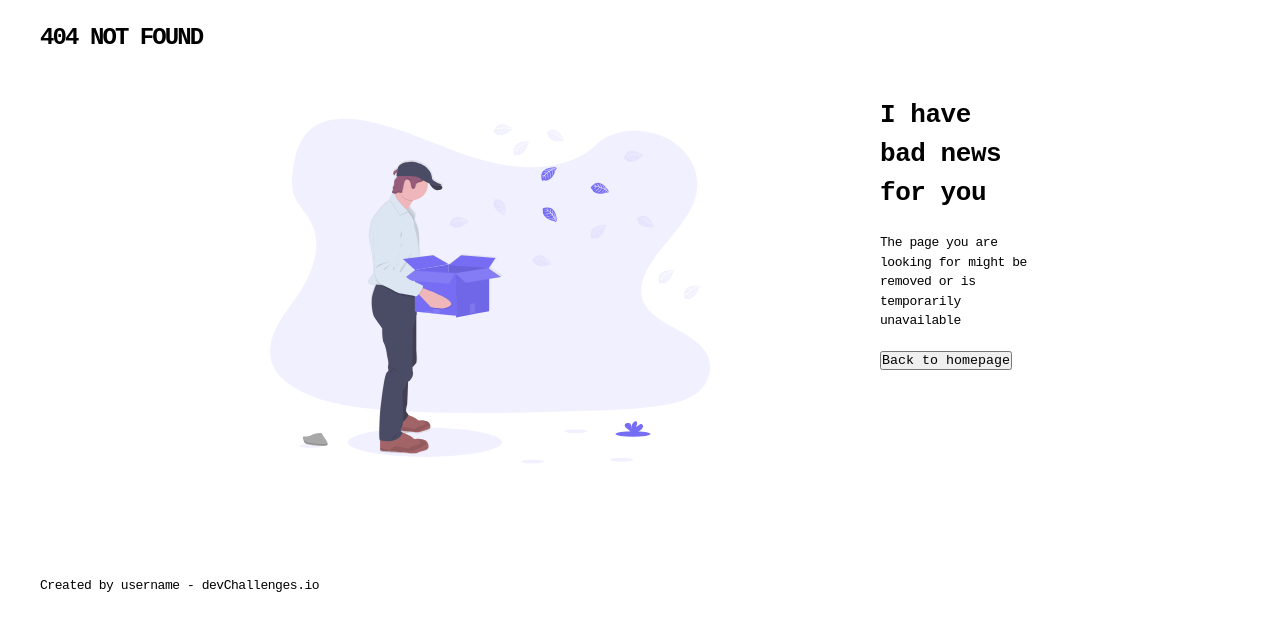
Repository: georgisenze/404-not-found-challeng
Page: index.html
An editor plug-in stored every save of this project. The page is shown before and after the next save, followed by the edit.
The browser window is 1280 px wide. The pictures show the whole page.

Above is the page before, as saved 2023-02-21 07:06:59.

### index.html
<!DOCTYPE html>
<html lang="en">
<head>
    <meta charset="UTF-8">
    <meta http-equiv="X-UA-Compatible" content="IE=edge">
    <meta name="viewport" content="width=device-width, initial-scale=1.0">
    <title>404 page not found</title>
    <link rel="stylesheet" href="assets/css/style.css">
    <link
      href="https://fonts.googleapis.com/css2?family=Poppins:wght@400;500&display=swap"
      rel="stylesheet"
    />
</head>
<body>
    <div class="main">
        <header>
            <p>404 not found</p>
        </header>

        <div class="container">
            <div class="row">
                <div class="left">
                    <img src="assets/img/404-illustration.svg" alt="">
                </div>
                <div class="rigth">
                    <div class="col-2">
                        <h1>I have bad news for  you</h1>
                    </div>
                    <div class="col-2">
                        <p>The page you are looking for might be removed or is temporarily unavailable</p>
                    </div>
                    <div class="col-2">
                        <button>Back to homepage</button>
                    </div>
                </div>
            </div>
        </div>


        <footer>
            <p>Created by <span>username</span> - devChallenges.io </p>
        </footer>
    </div>
</body>
</html>

### assets/css/style.css
*{
    margin: 0;
    padding: 0;
    font-family: monospace;
}

.main {
    grid-template-rows: auto 1fr auto;
    max-width: 1200px;
    min-height: 100vh;
    margin: 0 auto;
    padding-inline: 24px;
    line-height: 1.5;
    letter-spacing: -0.035em;
}

header p {
    text-transform: uppercase;
    font-weight: 700;
    font-size: 24px;
    padding: 20px 0;
    letter-spacing: -0.08em;
}

.container{
    display: flex;
    justify-content: center;
}

.row{
    display: flex;
    justify-content: space-around;
    height: 500px;
}

.left {
    margin-right: 150px;
}

.left img{
    width: 440px;
    height: 350px;
    float: left;
    padding: 40px 20px;
}

.rigth{
    display: flex;
    flex-direction: column;
    flex-wrap: wrap;
    align-content: space-between;
    width: 150px;
}

.col-2 {
    padding-top: 20px;
}

After the next save:
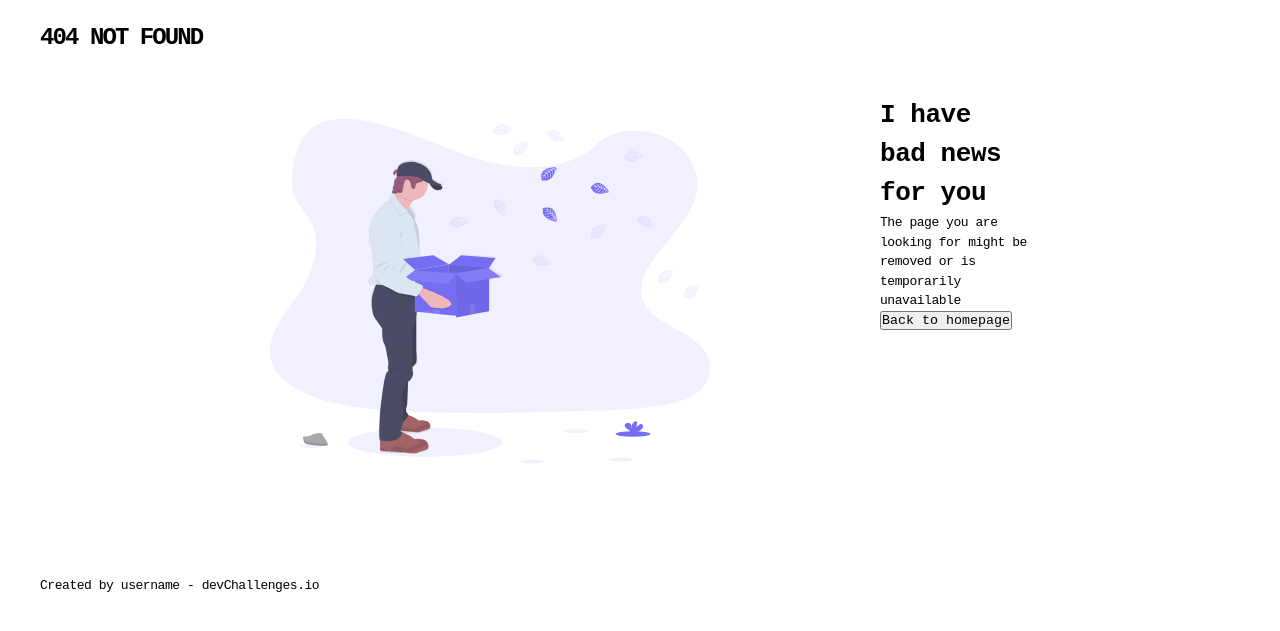
Saved 6 s later.
--- a/assets/css/style.css
+++ b/assets/css/style.css
@@ -52,6 +52,6 @@ header p {
     width: 150px;
 }
 
-.col-2 {
+.col-2 h1{
     padding-top: 20px;
 }
